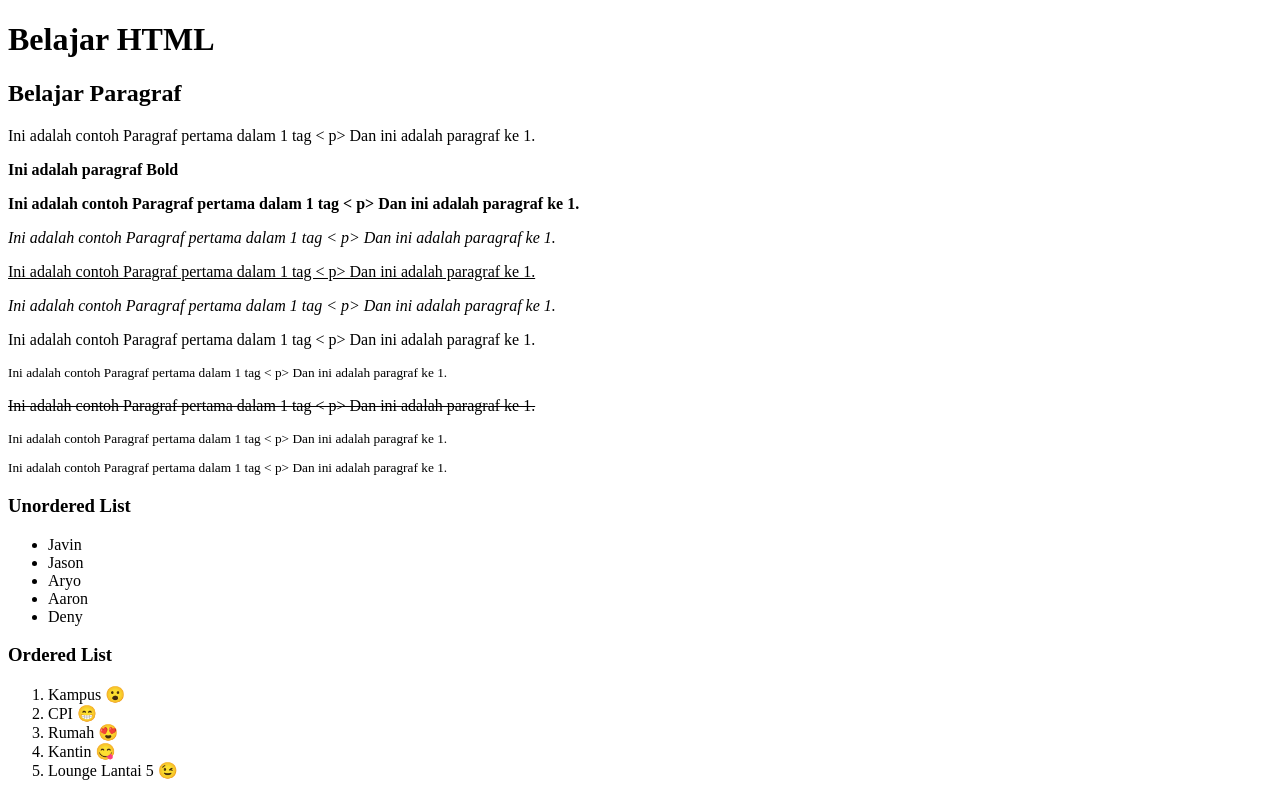
Repository: Gibekkk/WebPro
Page: Tugas HTML 1/index.html
The author's editor kept a copy of each file at every save. The page is drawn from the files as they stood at one save, then again after the next save.
The browser window is 1280 px wide. The pictures show the whole page.

Above is the page before, as saved 2024-03-25 10:05:44.

### Tugas HTML 1/index.html
<!DOCTYPE html>
<html lang="en">

<head>
    <meta charset="UTF-8">
    <meta name="viewport" content="width=device-width, initial-scale=1.0">
    <title>Document</title>
</head>

<body>
    <h1>Belajar HTML</h1>
    <h2>Belajar Paragraf</h2>
    <p>Ini adalah contoh Paragraf pertama dalam 1 tag
        < p> Dan ini adalah paragraf ke 1.</p>
    <b>
        <p>Ini adalah paragraf Bold</p>
    </b>
    <strong>
    <p>Ini adalah contoh Paragraf pertama dalam 1 tag
        < p> Dan ini adalah paragraf ke 1.</p>
    </strong>
    <i>
    <p>Ini adalah contoh Paragraf pertama dalam 1 tag
        < p> Dan ini adalah paragraf ke 1.</p>
    </i>
    <ins>
    <p>Ini adalah contoh Paragraf pertama dalam 1 tag
        < p> Dan ini adalah paragraf ke 1.</p>
    </ins>
    <em>
    <p>Ini adalah contoh Paragraf pertama dalam 1 tag
        < p> Dan ini adalah paragraf ke 1.</p>
    </em>
    <mark>
        <p>Ini adalah contoh Paragraf pertama dalam 1 tag
            < p> Dan ini adalah paragraf ke 1.</p>
    </mark>
    <small>
        <p>Ini adalah contoh Paragraf pertama dalam 1 tag
            < p> Dan ini adalah paragraf ke 1.</p>
    </small>
    <del>
        <p>Ini adalah contoh Paragraf pertama dalam 1 tag
            < p> Dan ini adalah paragraf ke 1.</p>
    </del>
    <sub>
        <p>Ini adalah contoh Paragraf pertama dalam 1 tag
            < p> Dan ini adalah paragraf ke 1.</p>
    </sub>
    <sup>
        <p>Ini adalah contoh Paragraf pertama dalam 1 tag
            < p> Dan ini adalah paragraf ke 1.</p>
    </sup>

    <h3>Unordered List</h3>
    <ul>
        <li>Javin</li>
        <li>Jason</li>
        <li>Aryo</li>
        <li>Aaron</li>
        <li>Deny</li>
    </ul>

    <h3>Ordered List</h3>
    <ol>
        <li>Kampus 😮</li>
        <li>CPI 😁</li>
        <li>Rumah 😍</li>
        <li>Kantin 😋</li>
        <li>Lounge Lantai 5 😉</li>
    </ol>
</body>

</html>

After the next save:
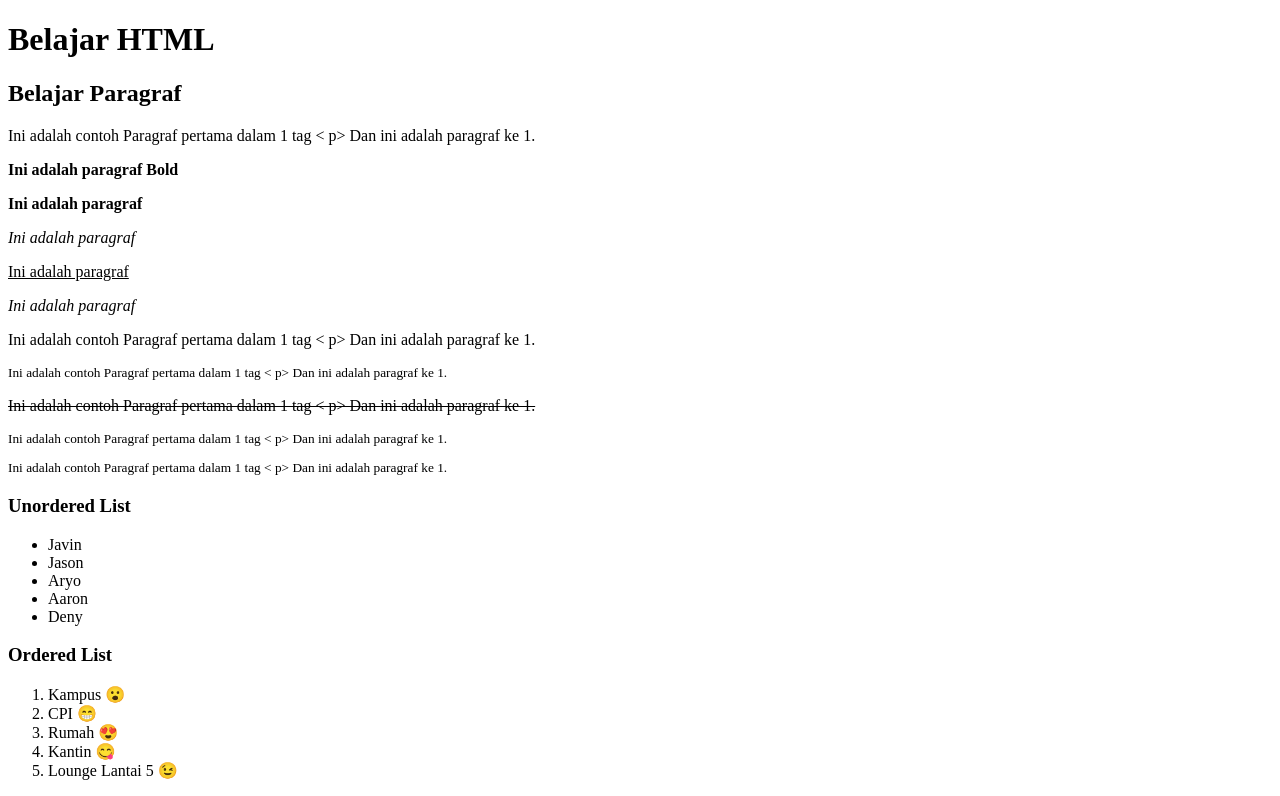
Saved 28 s later.
--- a/Tugas HTML 1/index.html
+++ b/Tugas HTML 1/index.html
@@ -16,20 +16,16 @@
         <p>Ini adalah paragraf Bold</p>
     </b>
     <strong>
-    <p>Ini adalah contoh Paragraf pertama dalam 1 tag
-        < p> Dan ini adalah paragraf ke 1.</p>
+    <p>Ini adalah paragraf </p>
     </strong>
     <i>
-    <p>Ini adalah contoh Paragraf pertama dalam 1 tag
-        < p> Dan ini adalah paragraf ke 1.</p>
+    <p>Ini adalah paragraf </p>
     </i>
     <ins>
-    <p>Ini adalah contoh Paragraf pertama dalam 1 tag
-        < p> Dan ini adalah paragraf ke 1.</p>
+    <p>Ini adalah paragraf </p>
     </ins>
     <em>
-    <p>Ini adalah contoh Paragraf pertama dalam 1 tag
-        < p> Dan ini adalah paragraf ke 1.</p>
+    <p>Ini adalah paragraf </p>
     </em>
     <mark>
         <p>Ini adalah contoh Paragraf pertama dalam 1 tag
